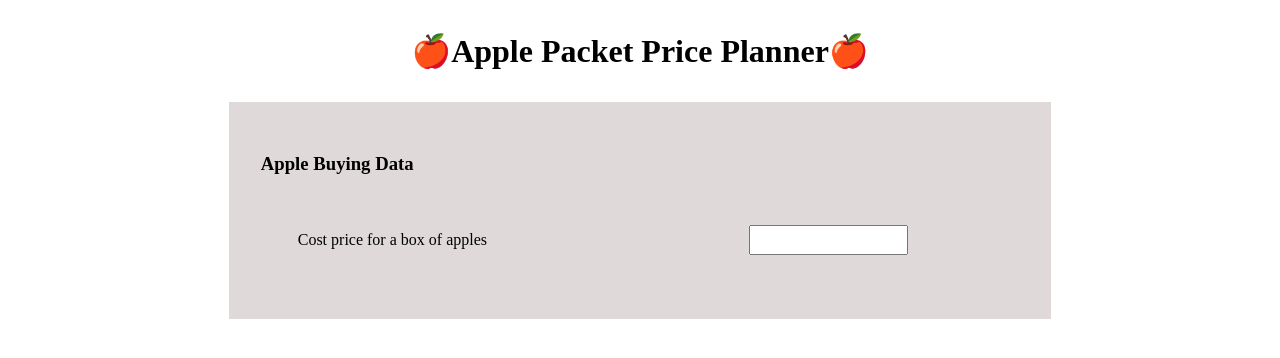
Repository: lasity34/apple-packet-price-planner
Page: index.html
These files come from the project's save history. The page is drawn as it stood at one moment and after the next save; the edit follows.
The browser window is 1280 px wide. The pictures show the whole page.

Above is the page before, as saved 2023-05-29 09:37:31.

### index.html
<!DOCTYPE html>
<html lang="en">
<head>
    <meta charset="UTF-8">
    <meta http-equiv="X-UA-Compatible" content="IE=edge">
    <meta name="viewport" content="width=device-width, initial-scale=1.0">
    <title>Apple Packet Price Planner</title>
    <link href="./style.css" rel="stylesheet" >
</head>
<body>
    <h1>🍎Apple Packet Price Planner🍎</h1>
    <main>
        <h3>Apple Buying Data</h3>
        <section class="input_section">
            <div class="input_container">
                <label for="apple_price">Cost price for a box of apples</label><br />
                <input
                  type="number"
                  id="apple_price"
                  name="apple_price"
                  required
                /><br />
              </div>
        </section>
    </main>
</body>
<script src="./apple-factory.js"></script>
<script src="./apple-dom.js"></script>
</html>

### style.css

h1 {
    text-align: center;
    margin: 1em;
}

main {
    background-color: rgb(223, 217, 217);
    margin: 0 auto;
    padding: 2em;
    width: 60%;
}

.input_section {
    padding: 2em 0;
}

.input_container {
    display: flex;
    justify-content: space-around;
    height: 30px;
}

.input_container input {
    width: 20%;
}

.input_container label {
    width: 40%;
   align-self: center;
}

Loaded but not shown: apple-dom.js (no copy from this time; the picture is the same without it); apple-factory.js (no copy from this time; the picture is the same without it)

After the next save:
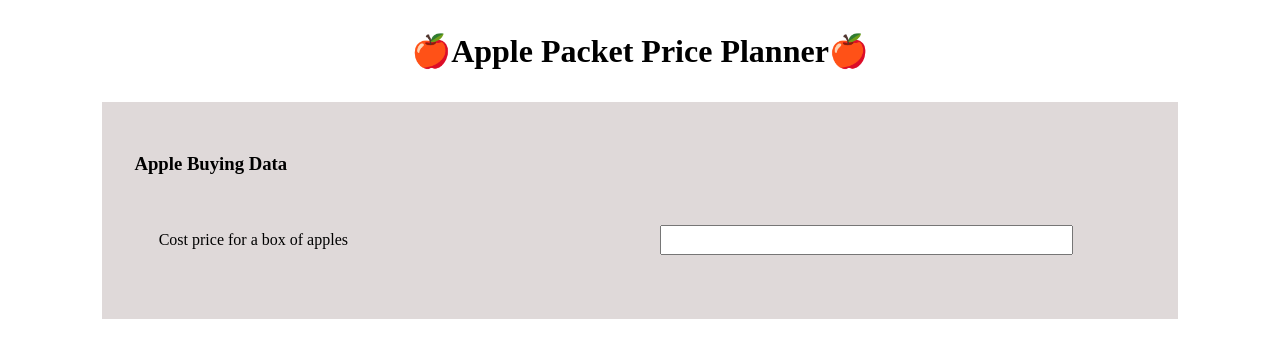
Saved 22 s later.
--- a/style.css
+++ b/style.css
@@ -8,7 +8,7 @@ main {
     background-color: rgb(223, 217, 217);
     margin: 0 auto;
     padding: 2em;
-    width: 60%;
+    width: 80%;
 }
 
 .input_section {
@@ -22,7 +22,7 @@ main {
 }
 
 .input_container input {
-    width: 20%;
+    width: 40%;
 }
 
 .input_container label {
